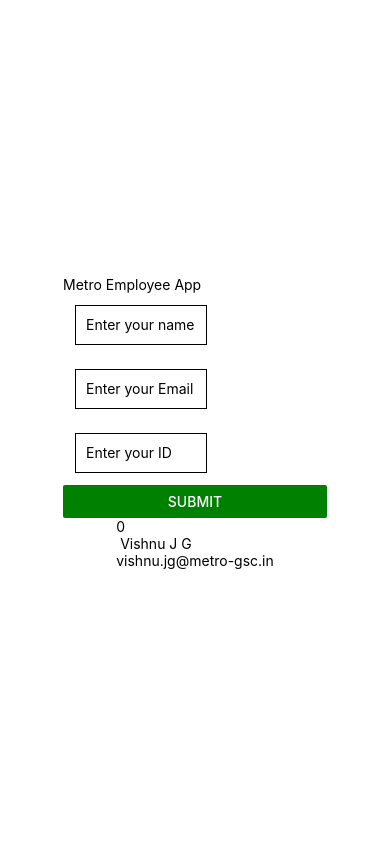
Repository: VishnuJG/Metro-Employee-App
Screen: /
The author's editor kept a copy of each file at every save. The screen is drawn from the files as they stood at one save, then again after a run of saves.
The app was drawn by React Native's web renderer in a window 390 px wide. The project was rebuilt for these pictures with package versions that can differ from the ones it lists, and the page was loaded fresh each time. Some packages were replaced by stand-ins written for this rebuild.

Above is the screen before, as saved 2022-06-28 13:54:34.

### App.js
import { StatusBar } from 'expo-status-bar';
import React, { useState } from "react";
import { StyleSheet, Text, View, TextInput, Button, Alert} from 'react-native';
import { useDimensions } from '@react-native-community/hooks';
import Task from './components/Task';


export default function App() {

  // const {landscape}=useDimensions();
  const [emp, onEmpUpdate] = useState([{ id: 0, name: " Vishnu J G", email:"vishnu.jg@metro-gsc.in" }]);
  const [name, onChangeName] = useState("");
  const [email, onChangeEmail] = useState("");
  const [id, onChangeid] = useState(null);
  const onSubmit=(e)=>{
    e.preventDefault();
    if(!name){
      Alert.alert('Invalid Name', 'Invalid Name field',[{text: 'Okay', onPress:()=>{console.log("Okay Pressed")}},{text: 'No', onPress:()=>{console.log("No Pressed")}}])
    }
    if(!email){
      Alert.alert('Invalid Email', 'Invalid Email field',[{text: 'Okay', onPress:()=>{console.log("Okay Pressed")}},{text: 'No', onPress:()=>{console.log("No Pressed")}}])
    }
    if(!/\S+@\S+\.\S+/.test(email)){
      Alert.alert('Invalid Email', 'Invalid Email field',[{text: 'Okay', onPress:()=>{console.log("Okay Pressed")}},{text: 'No', onPress:()=>{console.log("No Pressed")}}])
    }
    if(!id){
      Alert.alert('Invalid Id', 'Invalid ID field',[{text: 'Okay', onPress:()=>{console.log("Okay Pressed")}},{text: 'No', onPress:()=>{console.log("No Pressed")}}])
    }
    console.log(name);
    console.log(email);
    console.log(id);
    const newEmp={id, name, email};
    onChangeName('');
    onChangeEmail('');
    onChangeid(null);
    onEmpUpdate([...emp, newEmp]);
  }
  return (
    <View style={styles.container} >
        <View>
        <Text>Metro Employee App</Text>

        <TextInput
          style={styles.input}
          onChangeText={onChangeName}
          placeholder="Enter your name"
          value={name}
        />
        <TextInput
          style={styles.input}
          onChangeText={onChangeEmail}
          value={email}
          placeholder="Enter your Email"
          // keyboardType="numeric"
        />

        <TextInput
          style={styles.input}
          onChangeText={onChangeid}
          value={id}
          placeholder="Enter your ID"
          keyboardType="numeric"
        />
        <Button title="Submit"
          color="green"
          onPress={onSubmit}
          /></View>
        <View >
        {emp.map((newid)=>(<Task key={newid.id} ename={newid.name} eid={newid.id} eemail={newid.email}/>))}
        </View>
    </View>
  );
}

const styles = StyleSheet.create({
  container: {
    flex: 1,
    backgroundColor: '#fff',
    alignItems: 'center',
    justifyContent: 'center',
    fontSize: 20,
    // paddingTop:20,
  },
  input: {
    height: 40,
    margin: 12,
    borderWidth: 1,
    width:'50%',
    padding: 10,
  },

});

### components/Task.js
import { StatusBar } from 'expo-status-bar';
import React, { useState } from "react";
import { StyleSheet, Text, View, TextInput, Button, Alert} from 'react-native';
import { useDimensions } from '@react-native-community/hooks';


export default function Task(props) {
  console.log("Hello");
  return (
    <View style={styles.employee}>
      <Text>{props.eid}</Text>
      <Text>{props.ename}</Text>
      <Text>{props.eemail}</Text>

    </View>


  );
}

const styles = StyleSheet.create({
  employee:{
    width:'100%',
    justifyContent: 'left',
  }
});

After the next 3 saves:
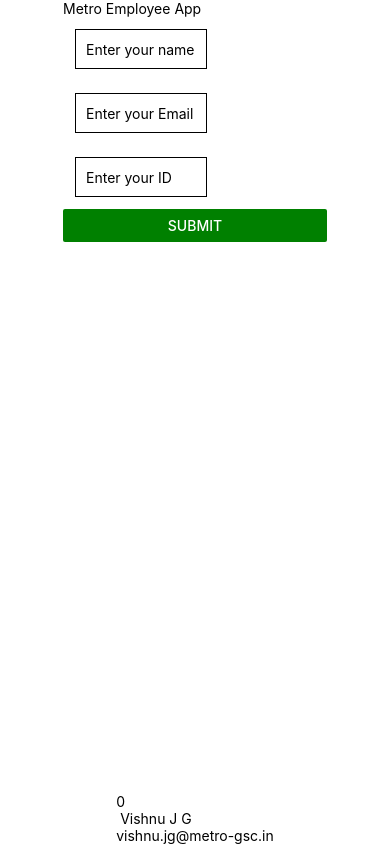
The 3 saves are shown as one change because they came seconds apart.
The last was saved 8 s later.
--- a/App.js
+++ b/App.js
@@ -37,7 +37,7 @@ export default function App() {
   }
   return (
     <View style={styles.container} >
-        <View>
+        <View style={{flex:1}}>
         <Text>Metro Employee App</Text>
 
         <TextInput
